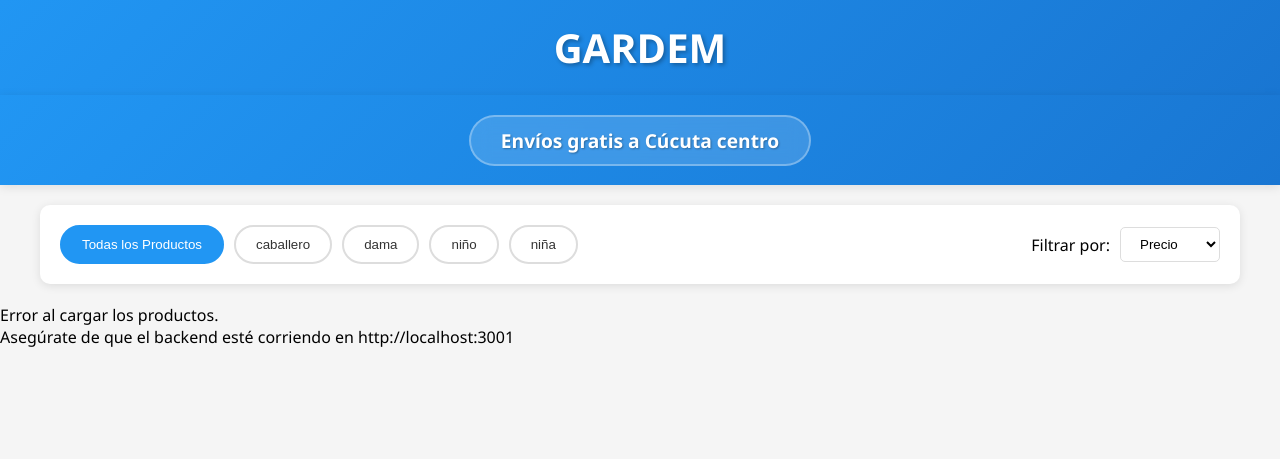
Repository: dasalgar123/gardem_react
Page: /
These files come from the project's save history. The page is drawn as it stood at one moment and after the next save; the edit follows.
The browser window is 1280 px wide. The pictures show the whole page.
The page's requests for data from a server got no answer. The project was rebuilt for these pictures with package versions that can differ from the ones it lists, and the page was loaded fresh each time. No one was signed in, and anything a server would have sent is missing.

Above is the page before, as saved 2025-08-02 17:25:37.

After the next save:
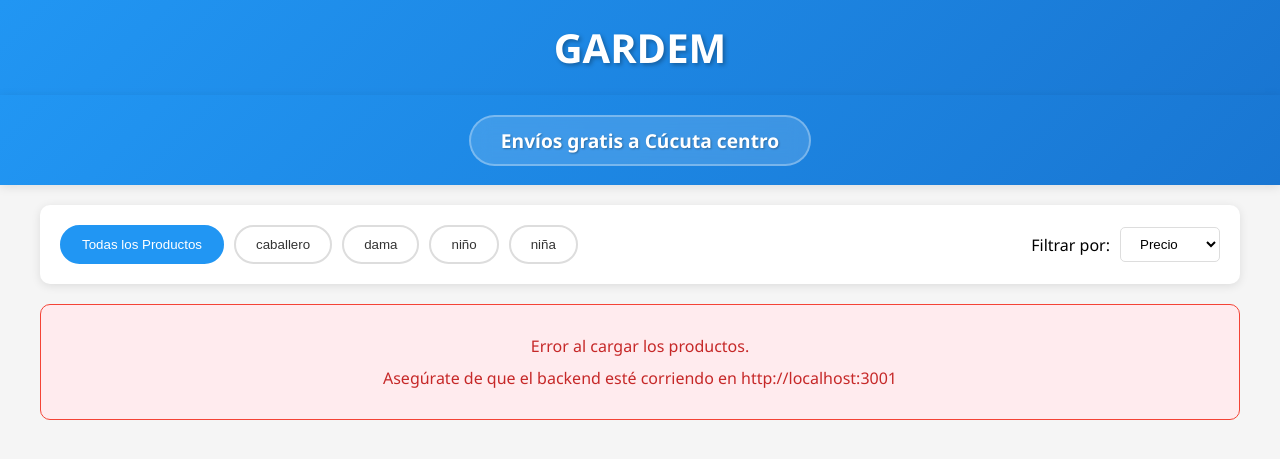
Saved 52 s later.
--- a/src/App.css
+++ b/src/App.css
@@ -133,6 +133,39 @@
   border: 1px solid #ddd;
   border-radius: 5px;
   background: white;
+}
+
+/* Mensajes de Error y Loading */
+.error-message {
+  max-width: 1200px;
+  margin: 20px auto;
+  padding: 20px;
+  background: #ffebee;
+  border: 1px solid #f44336;
+  border-radius: 10px;
+  color: #c62828;
+  text-align: center;
+}
+
+.error-message p {
+  margin: 10px 0;
+  font-size: 1rem;
+}
+
+.loading {
+  max-width: 1200px;
+  margin: 50px auto;
+  text-align: center;
+  padding: 40px;
+  background: white;
+  border-radius: 10px;
+  box-shadow: 0 2px 10px rgba(0,0,0,0.1);
+}
+
+.loading p {
+  font-size: 1.2rem;
+  color: #666;
+  margin: 0;
 }
 
 /* Grid de Productos */
